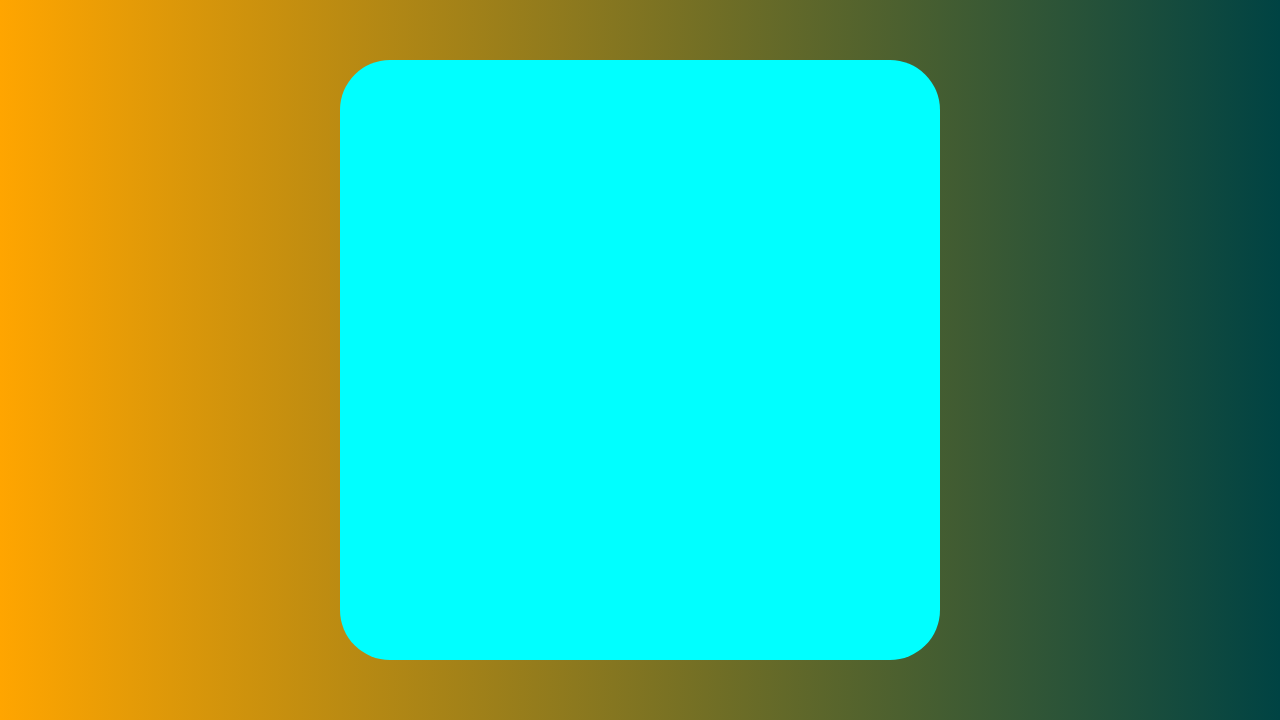
Repository: Alexandru-Morteanu/rodio
Page: /
The author's editor kept a copy of each file at every save. The page is drawn from the files as they stood at one save, then again after a run of saves.
The browser window is 1280 px wide. The pictures show the whole page.
The project was rebuilt for these pictures with package versions that can differ from the ones it lists, and the page was loaded fresh each time. Also part of the build but not shown: src/pages/Homepage.css, src/pages/Homepage.js, src/pages/Login/firebase.js, src/pages/Login/AuthContext.js, src/pages/Login/PrivateRoute.js, src/pages/Administrator/Admin.js, src/pages/ControlStation/ControlStation.js.

Above is the page before, as saved 2023-01-30 11:40:06.

### public/index.html
<!DOCTYPE html>
<html lang="en">
  <head>
    <meta charset="utf-8" />
    <meta name="viewport" content="width=device-width, initial-scale=1" />
    <meta name="theme-color" content="#000000" />

    <title>RODIO</title>
  </head>
  <body>
    <div id="root"></div>
  </body>
</html>

### src/index.css
body {
  background: linear-gradient(to right, orange, rgb(0, 67, 67));
  margin: 0;
  height: 100vh;
  display: flex;
  justify-content: center;
  align-items: center;
}

### src/App.js
import React from 'react';
import './App.css';
import Homepage from "./pages/Homepage.js";
import { BrowserRouter as Router, Switch, Route } from "react-router-dom";
import PrivateRoute from './pages/Login/PrivateRoute';
import Admin from './pages/Administrator/Admin';
import ControlStation from './pages/ControlStation/ControlStation';
function App() {
  const stations = [
    "/96",
    "/98",
    "/99",
    "/102"
  ]
  return (
    <div className="App">
      <div className='container'>
      <Router>
          <Switch>
            {stations.map((path) => (
              <Route path={path} component={ Homepage } key={path} />
            ))}
            <Route path="/control" component={ ControlStation } />
            <PrivateRoute path="/admin" component={ Admin } />
          </Switch>
      </Router>
      </div>
    </div>
  );
}

export default App;

### src/App.css
.App{
  display: flex;
  justify-content: center;
  align-items: center;
}
.container{
  height: 600px;
  width: 600px;
  background-color: aqua;
  border-radius: 50px;
  text-align: center;
}

Loaded but not shown: src/index.js (common file)

After the next 2 saves:
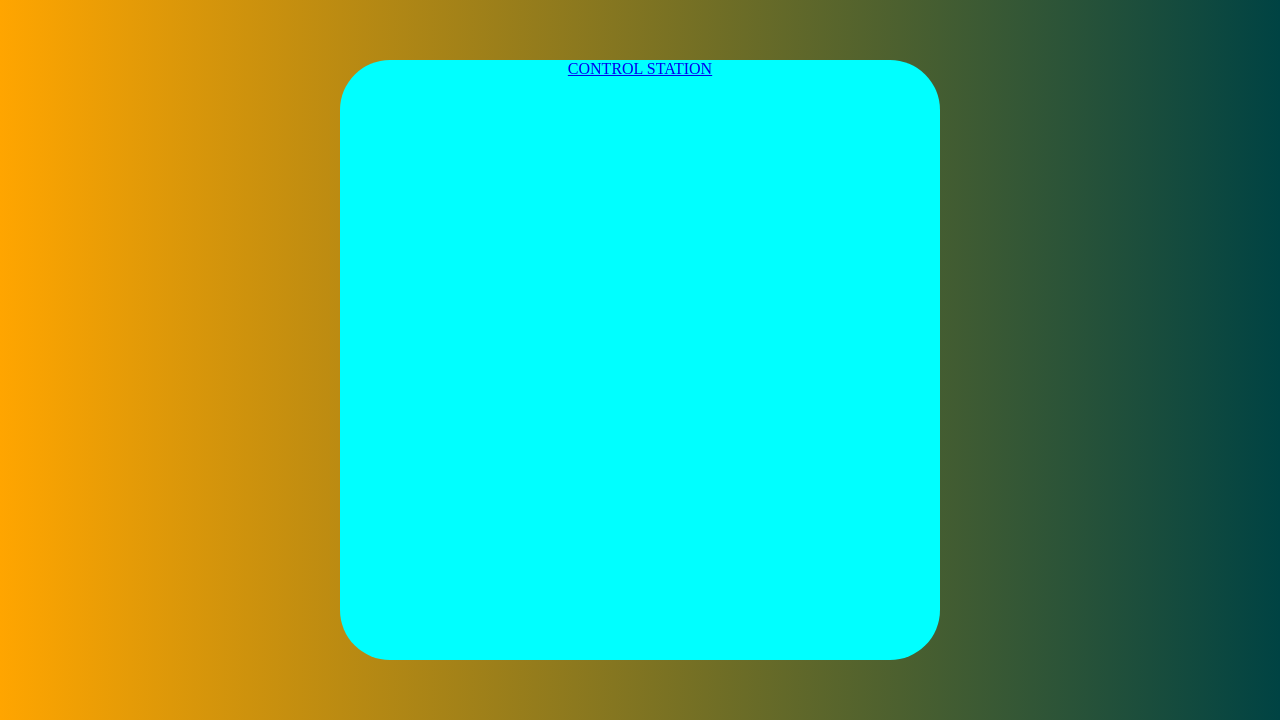
The 2 saves are shown as one change because 1 did not build or start.
The last was saved 34 s later.
--- a/src/App.js
+++ b/src/App.js
@@ -1,7 +1,7 @@
 import React from 'react';
 import './App.css';
 import Homepage from "./pages/Homepage.js";
-import { BrowserRouter as Router, Switch, Route } from "react-router-dom";
+import { BrowserRouter as Router, Switch, Route, Link } from "react-router-dom";
 import PrivateRoute from './pages/Login/PrivateRoute';
 import Admin from './pages/Administrator/Admin';
 import ControlStation from './pages/ControlStation/ControlStation';
@@ -16,6 +16,7 @@ function App() {
     <div className="App">
       <div className='container'>
       <Router>
+          <Link to='/control'> CONTROL STATION </Link>
           <Switch>
             {stations.map((path) => (
               <Route path={path} component={ Homepage } key={path} />
